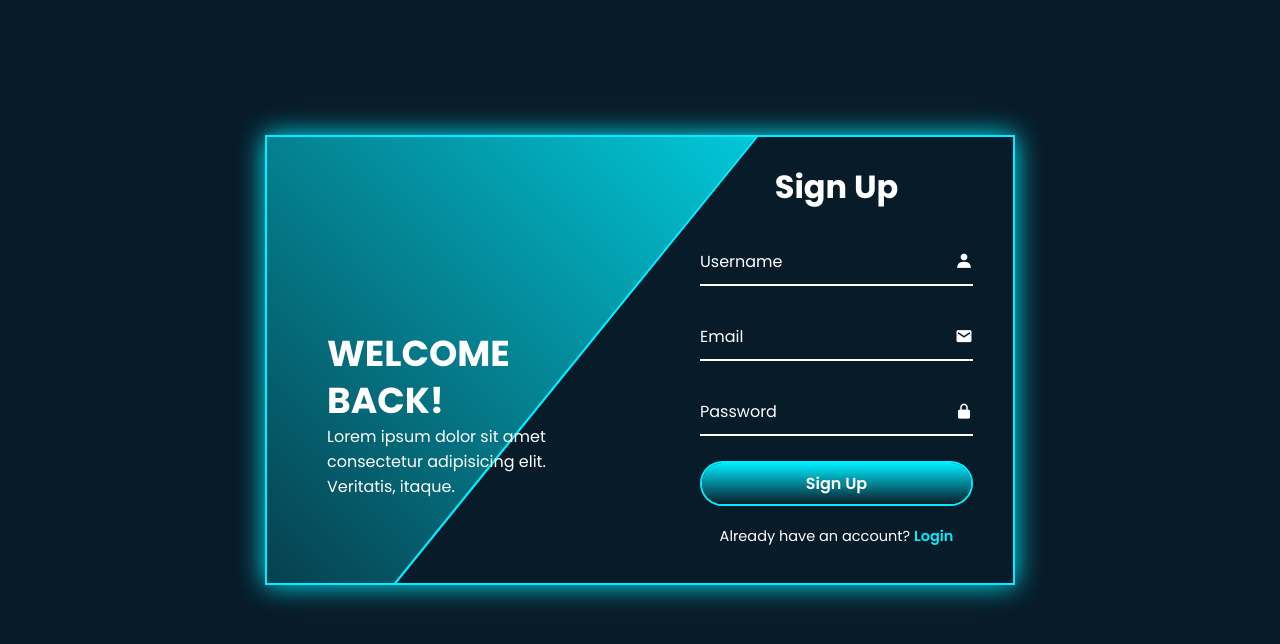
Repository: swastikjhacoder/Login-Registration-HTML
Page: index.html
These files come from the project's save history. The page is drawn as it stood at one moment and after the next save; the edit follows.
The browser window is 1280 px wide. The pictures show the whole page.

Above is the page before, as saved 2023-09-18 16:06:07.
Not found: js/toastify.js

After the next save:
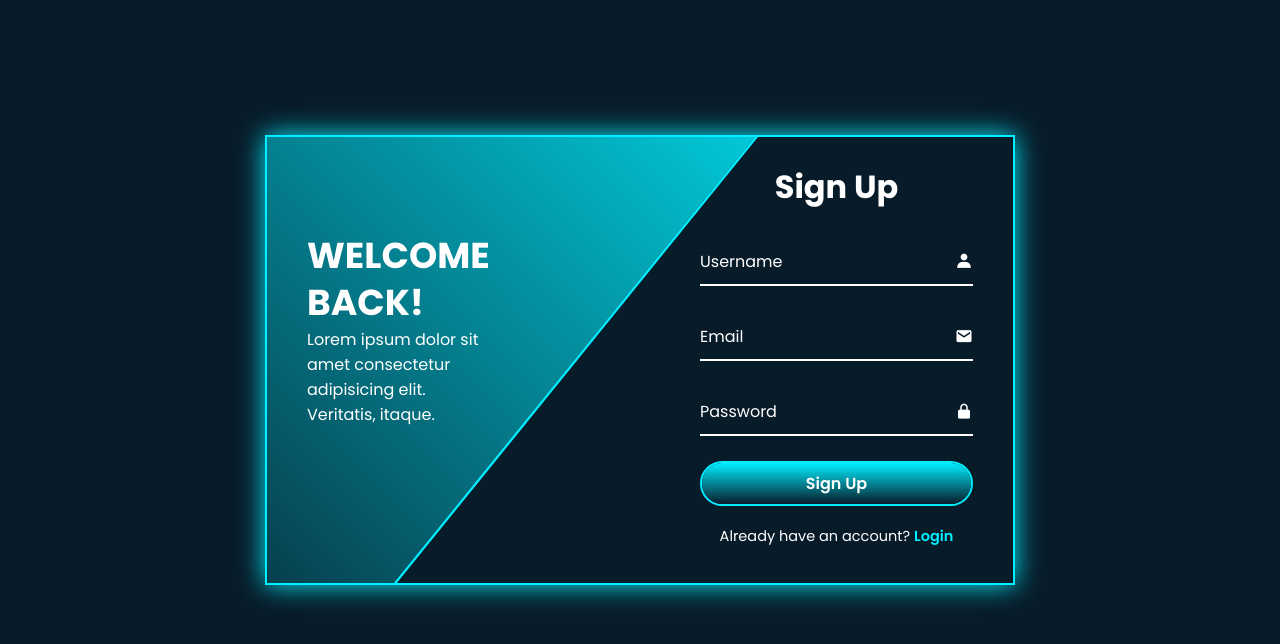
Saved 23 s later.
--- a/style.css
+++ b/style.css
@@ -178,7 +178,7 @@ body {
 .wrapper .info-text.register {
     left: 0;
     text-align: left;
-    padding: 150px 60px 40px;
+    padding: 0 150px 60px 40px;
 }
 
 .info-text h2 {
